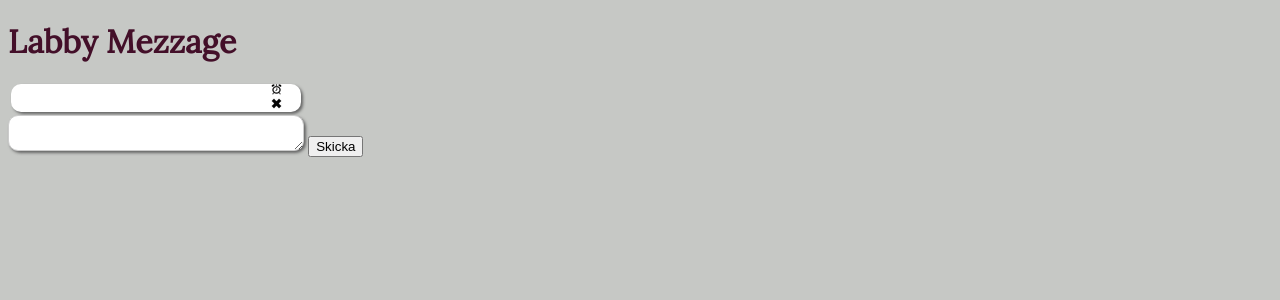
Repository: Angamanga/1dv403-laborationer
Page: 2-labbymezzage/index.html
The author's editor kept a record of every edit. The page is drawn from the files as they stood at one moment, then again after the next edit.
The browser window is 1280 px wide. The pictures show the whole page.

Above is the page before.

### 2-labbymezzage/index.html
<!doctype html>
<html lang="sv">

<head>
    <meta charset="utf-8" />
    <title>Anna I:s sajt</title>
    <link href='//fonts.googleapis.com/css?family=Lora|Open+Sans+Condensed:300|Amatic+SC' rel='stylesheet' type='text/css'>
    <link rel="stylesheet" media="screen and (min-width:501px)" href="css/style.css">
    <link rel="stylesheet" media="screen and (max-width:500px)" href="css/mobile.css">
    <meta name="viewport" content="width=device-width, minimum-scale=1">

   <script src="js/message.js"></script>
    <script src="js/script.js"></script>
    <title>Webbteknik 1, Laboration 2</title>
</head>

<body>



        <main>


            <div class="container">
                <header>
            <h1>Labby Mezzage</h1>
        </header>
             <div class ="messages">
                <img src="pics/14.png" alt="tid" class="showDate"></img>
                <img src="pics/12.png" alt="radera meddelande" class="delete"></img>
             </div>
             <div><p class="counter"> </p></div>
           <textarea class="messageInput"></textarea>
           <input type ="submit" class="submitMessage" value="Skicka"/>
            </div>

        </main>

        <footer>
        </footer>
    </div>
</body>

</html>

### 2-labbymezzage/css/style.css
/*@media screen and (min-width: 501px)*/
header,
main
 {
    display: block;
}

body {
    background: #C6C8C5;
    color: #430F29;
    font-family: Lora, 'Palatino Linotype', Palatino, serif;
}

.board {
    Width: 300px;
    margin: 0 auto;
    text-align: justify;
    line-height: 1.8em;
    margin: 0 auto;
    background: #787878;
    border: 1px solid #ccc;
    -moz-border-radius: 10px;
    -webkit-border-radius: 10px;
    border-radius: 10px;
    padding: 4px 7px;
    outline: 0;
    -webkit-appearance: none;
}
.messageInput {
    width:290px;
    border: 1px solid #ccc;
    -moz-border-radius: 10px;
    -webkit-border-radius: 10px;
    border-radius: 10px;
    -moz-box-shadow: 2px 2px 3px #666;
    -webkit-box-shadow: 2px 2px 3px #666;
    box-shadow: 2px 2px 3px #666;


    outline: 0;
    -webkit-appearance: none;
}
.messageInput:focus {
    border-color: #339933;
}
.messages{
    width:290px;
     border: 1px #C6C8C5;
     background:white;
    -moz-border-radius: 10px;
    -webkit-border-radius: 10px;
    border-radius: 10px;
    -moz-box-shadow: 2px 2px 3px #666;
    -webkit-box-shadow: 2px 2px 3px #666;
     margin:3px;
    outline: 0;
    -webkit-appearance: none;
    font-size:0.6em;
       }
 div.messages img{
   margin-left:260px;
}


.counter{
    font-size:0.7em;
    padding:0;
    margin:0 0 0 185px;

}

### 2-labbymezzage/js/message.js
"use strict";

function Message(message, date){

	this.getText = function(){
		return message;
	}
	this.setText = function(_text){
		message = _text;
	}

	this.getDate = function(){
		return date;
	}
	this.setDate = function(_date){
		date = _date
	}
}

Message.prototype.toString = function() {
	return this.getText() + " (" + this.getDate() + " )";
};

Message.prototype.getHTMLtext = function(first_argument) {
			//  Las pa!!
	// return  						<div class ="messages">
	// getText();
	//               <img src="pics/14.png" alt="tid" class="showDate"></img>
 //               <img src="pics/12.png" alt="radera meddelande" class="delete"></img>
 //       		  </div>
};

### 2-labbymezzage/js/script.js
"use strict";

window.onload = function() {
  var MessageBoard = {
        messages: [],
        init: function() {
            var message = new Message();
            },
        removeMessage: function(i){
                    MessageBoard.messages.splice(i,1)
            },
        alertDate: function(i){
            var p =
            alert(p);
        },
        renderMessage: function(messageID){
            var container = document.querySelector(".container");
            var messContainer = document.createElement("div");
            messContainer.className = "messages";
            container.insertBefore(messContainer);
            var textP = document.createElement("p");
            textP.setAttribute("class","text");
            var timeP = document.createElement("p");
            timeP.setAttribute("class","time");
            var text = document.createTextNode(MessageBoard.messages[messageID].getText());
            var time = document.createTextNode(MessageBoard.messages[messageID].getDate().getHours() +":"+ MessageBoard.messages[messageID].getDate().getMinutes() + ":"+MessageBoard.messages[messageID].getDate().getSeconds());
            var linkDelete=document.createElement("a");
            linkDelete.setAttribute("src", "#");
            var img2 = document.createElement("img");
            img2.setAttribute("class","submitDelete");
            img2.setAttribute("src","pics/12.png");
            img2.setAttribute("alt","radera meddelande");
            linkDelete.appendChild(img2);
             messContainer.appendChild(linkDelete);
            img2.onclick = function(messageID){
                console.log(MessageBoard.messages.length);
                MessageBoard.removeMessage(messageID);
                MessageBoard.renderMessages();
                console.log(MessageBoard.messages.length);
                p.innerHTML = "Antal meddelanden: " + MessageBoard.messages.length;
            }
            messContainer.appendChild(img2);
            messContainer.appendChild(textP);
            textP.appendChild(text);
            messContainer.appendChild(timeP);
            timeP.appendChild(time);

             var img1 = document.createElement("img");
            img1.setAttribute("class","showDate");
            img1.setAttribute("src","pics/14.png");
            img1.setAttribute("alt","visa tid");
            messContainer.appendChild(img1);
            var alertbox=MessageBoard.messages[messageID].getDate();
            img1.onclick = function(messageID){
            alert("Inlagget skapades den: " + alertbox);
        }}
            ,
            renderMessages: function(){
            document.querySelector(".container").innerHTML="";
            for(var i=0;i<MessageBoard.messages.length;++i){
                MessageBoard.renderMessage(i);
            }
  }};

  MessageBoard.init();


var messageInput = document.querySelector(".messageInput");
var submitMessage = document.querySelector(".submitMessage");
var messages = document.querySelector(".messages");
var p = document.querySelector(".counter");

function submit(){
        var txt = messageInput.value;
        var dte = new Date();
        var msg = new Message(txt, dte);
        MessageBoard.messages.push(msg);
        p.innerHTML = "Antal meddelanden: " + MessageBoard.messages.length;
        MessageBoard.renderMessages();
        console.log(MessageBoard.messages);}

 submitMessage.addEventListener("click", function(e) {
       submit();
});

 messageInput.onkeypress = function(e){

       if(e.keyCode === 13){
           submit();

       }
       else if(e.keyCode==13&&e.shiftKey){
           console.log("japp");
       }
}
};

### 2-labbymezzage/css/mobile.css
/*@media screen and (max-width: 500px)*/

header,
main
 {
    display: block;
}

body {
    background: #C6C8C5;
    color: #430F29;
    font-family: Lora, 'Palatino Linotype', Palatino, serif;
}

.container {
    Width: 300px;
    margin: 0 auto;
    text-align: justify;
    line-height: 1.8em;
    margin: 0 auto;
    background: #787878;
    border: 1px solid #ccc;
    -moz-border-radius: 10px;
    -webkit-border-radius: 10px;
    border-radius: 10px;
    padding: 4px 7px;
    outline: 0;
    -webkit-appearance: none;
}
.messageInput {
    width:290px;
    border: 1px solid #ccc;
    -moz-border-radius: 10px;
    -webkit-border-radius: 10px;
    border-radius: 10px;
    -moz-box-shadow: 2px 2px 3px #666;
    -webkit-box-shadow: 2px 2px 3px #666;
    box-shadow: 2px 2px 3px #666;


    outline: 0;
    -webkit-appearance: none;
}
.messageInput:focus {
    border-color: #339933;
}
.messages{
    width:290px;
     border: 1px #C6C8C5;
     background:white;
    -moz-border-radius: 10px;
    -webkit-border-radius: 10px;
    border-radius: 10px;
    -moz-box-shadow: 2px 2px 3px #666;
    -webkit-box-shadow: 2px 2px 3px #666;
     margin:3px;
    outline: 0;
    -webkit-appearance: none;
    }
 div.messages img{
   margin-left:260px;
}


.counter{
    font-size:0.7em;
    padding:0;
    margin:0 0 0 185px;

}

After the next edit:
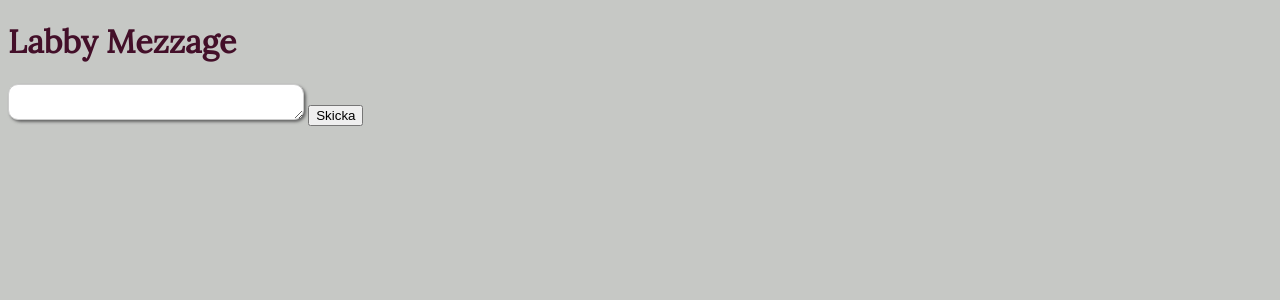
The edit:
--- a/2-labbymezzage/index.html
+++ b/2-labbymezzage/index.html
@@ -24,12 +24,8 @@
             <div class="container">
                 <header>
             <h1>Labby Mezzage</h1>
-        </header>
-             <div class ="messages">
-                <img src="pics/14.png" alt="tid" class="showDate"></img>
-                <img src="pics/12.png" alt="radera meddelande" class="delete"></img>
-             </div>
-             <div><p class="counter"> </p></div>
+                </header>
+             <div class="messContIns"><p class="counter"> </p></div>
            <textarea class="messageInput"></textarea>
            <input type ="submit" class="submitMessage" value="Skicka"/>
             </div>
